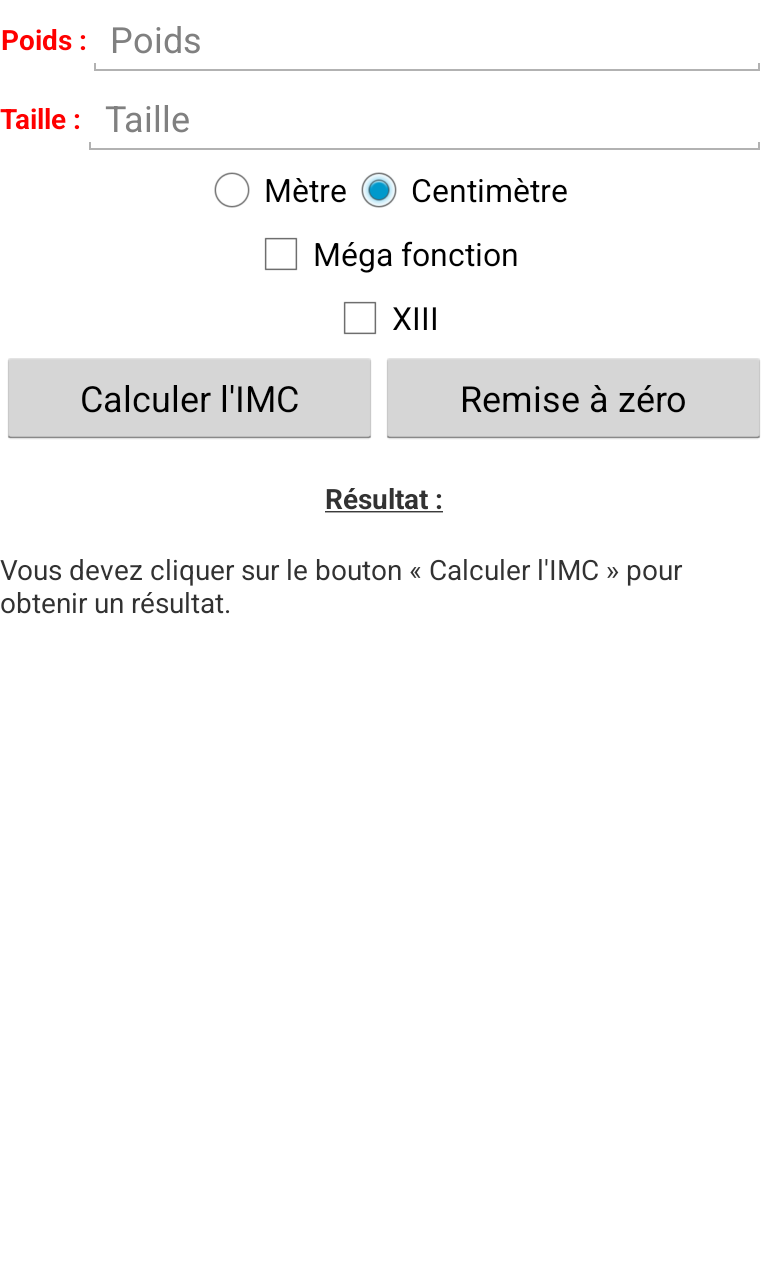
Repository: BlackyFox/PST4-NFC
Layout: Antoine/App_test/res/layout/activity_main.xml
The author's editor kept a copy of each file at every save. The layout is drawn from the files as they stood at one save, then again after the next save.
It is drawn on a 768 x 1280 px phone screen (xhdpi) without system bars, with theme AppTheme; the app's code is not run.

Above is the layout before, as saved 2014-11-11 18:20:10.

After the next save:
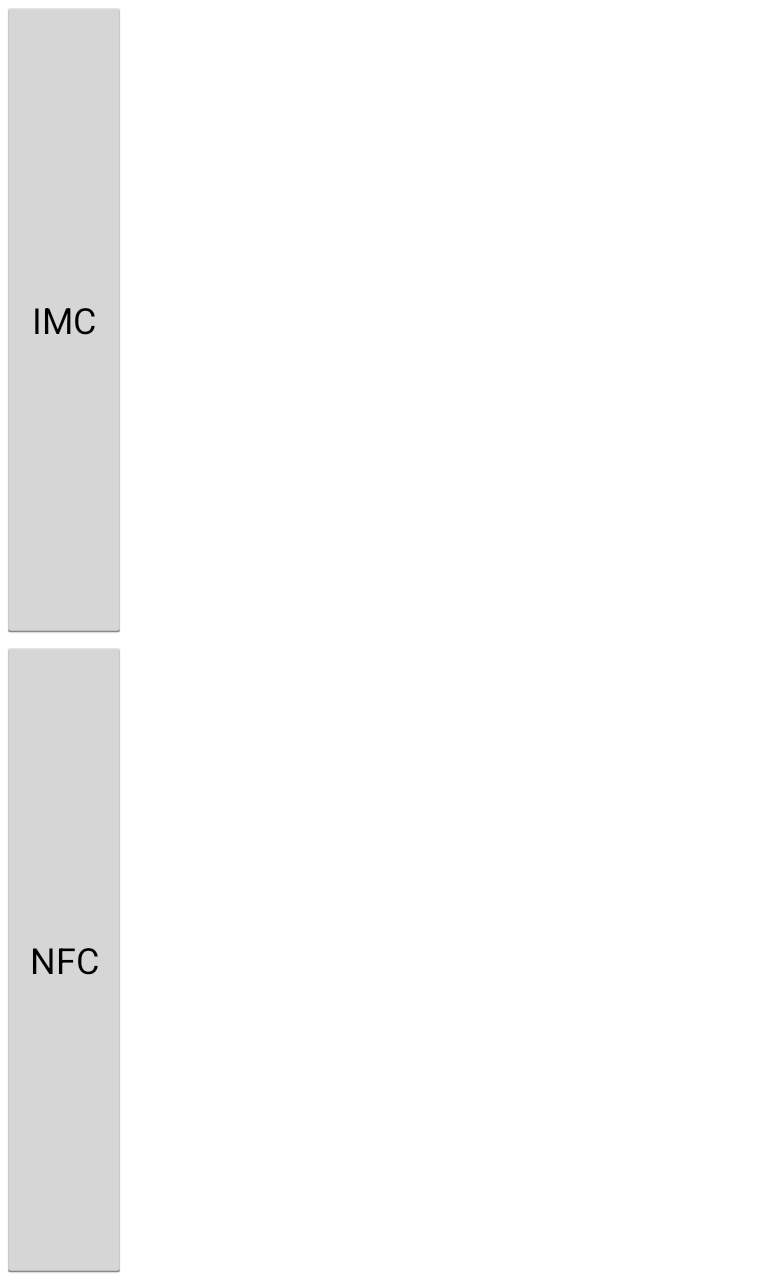
Saved 101 s later.
--- a/Antoine/App_test/res/layout/activity_main.xml
+++ b/Antoine/App_test/res/layout/activity_main.xml
@@ -3,132 +3,19 @@
   android:layout_width="fill_parent"
   android:layout_height="fill_parent"
   android:orientation="vertical">
-  <LinearLayout
-      android:layout_width="fill_parent"
-      android:layout_height="wrap_content"
-      android:orientation="horizontal">
 
-      <TextView
-          android:layout_width="wrap_content"
-          android:layout_height="fill_parent"
-          android:text="@string/poids"
-          android:textStyle="bold"
-          android:textColor="#FF0000"
-          android:gravity="center"/>
-      <EditText
-          android:id="@+id/poids"
-          android:layout_width="fill_parent"
-          android:layout_height="wrap_content"
-          android:hint="@string/hint_poids"
-          android:inputType="numberDecimal"/>
-  </LinearLayout>
-
-    <LinearLayout
-      android:layout_width="fill_parent"
-      android:layout_height="wrap_content"
-      android:orientation="horizontal">
-
-        <TextView
-          android:layout_width="wrap_content"
-          android:layout_height="fill_parent"
-          android:text="@string/taille"
-          android:textStyle="bold"
-          android:textColor="#FF0000"
-          android:gravity="center"/>
-        <EditText
-          android:id="@+id/taille"
-          android:layout_width="fill_parent"
-          android:layout_height="wrap_content"
-          android:hint="@string/hint_taille"
-          android:inputType="numberDecimal"/>
-    </LinearLayout>
-<RelativeLayout
-  android:layout_width="wrap_content"
-  android:layout_height="wrap_content"
-  android:layout_gravity="center">
-
-  <RadioGroup
-    android:id="@+id/group"
-    android:layout_width="wrap_content"
-    android:layout_height="wrap_content"
-    android:checkedButton="@+id/radio2"
-    android:orientation="horizontal">
-    <RadioButton
-      android:id="@+id/radio1"
-      android:layout_width="wrap_content"
-      android:layout_height="wrap_content"
-      android:text="@string/m"
+  	<Button
+    	android:id="@+id/b_imc"
+        android:layout_width="wrap_content"
+        android:layout_height="wrap_content"
+        android:text="@string/b_imc"
+        android:layout_weight="1"
     />
-    <RadioButton
-      android:id="@+id/radio2"
-      android:layout_width="wrap_content"
-      android:layout_height="wrap_content"
-      android:text="@string/cm"
-    />
-  </RadioGroup>
-    </RelativeLayout>
-    <RelativeLayout
-  android:layout_width="wrap_content"
-  android:layout_height="wrap_content"
-  android:layout_gravity="center">
-  <CheckBox
-    android:id="@+id/mega"
-    android:layout_width="wrap_content"
-    android:layout_height="wrap_content"
-    android:text="@string/mega"
-  />
-    </RelativeLayout>
-        <RelativeLayout
-  android:layout_width="wrap_content"
-  android:layout_height="wrap_content"
-  android:layout_gravity="center">
-  <CheckBox
-    android:id="@+id/xiii"
-    android:layout_width="wrap_content"
-    android:layout_height="wrap_content"
-    android:text="@string/xiii"
-  />
-    </RelativeLayout>
-  <LinearLayout
-      android:layout_width="fill_parent"
-      android:layout_height="wrap_content"
-      android:orientation="horizontal">
-
-      <Button
-          android:id="@+id/calcul"
+  	      <Button
+          android:id="@+id/b_nfc"
           android:layout_width="wrap_content"
           android:layout_height="wrap_content"
-          android:text="@string/calcul"
+          android:text="@string/b_nfc"
           android:layout_weight="1"
-          /><!--
-          android:background="?android:attr/selectableItemBackground"
-          bug 1 fois sur 2 -->
-      <Button
-          android:id="@+id/raz"
-          android:layout_width="wrap_content"
-          android:layout_height="wrap_content"
-          android:text="@string/raz"
-          android:layout_weight="1"/><!--
-
-          android:background="@color/Wheat"
-          android:background="?android:attr/selectableItemBackground"
-           bug 1 fois sur 2 -->
+          />
   </LinearLayout>
-<RelativeLayout
-  android:layout_width="wrap_content"
-  android:layout_height="wrap_content"
-  android:layout_gravity="center">
-  <TextView
-    android:layout_width="wrap_content"
-    android:layout_height="wrap_content"
-    android:text="@string/resultat"
-    android:textStyle="bold"
-  />
-  </RelativeLayout>
-  <TextView
-    android:id="@+id/result"
-    android:layout_width="fill_parent"
-    android:layout_height="fill_parent"
-    android:text="@string/result"
-  />
-</LinearLayout>
